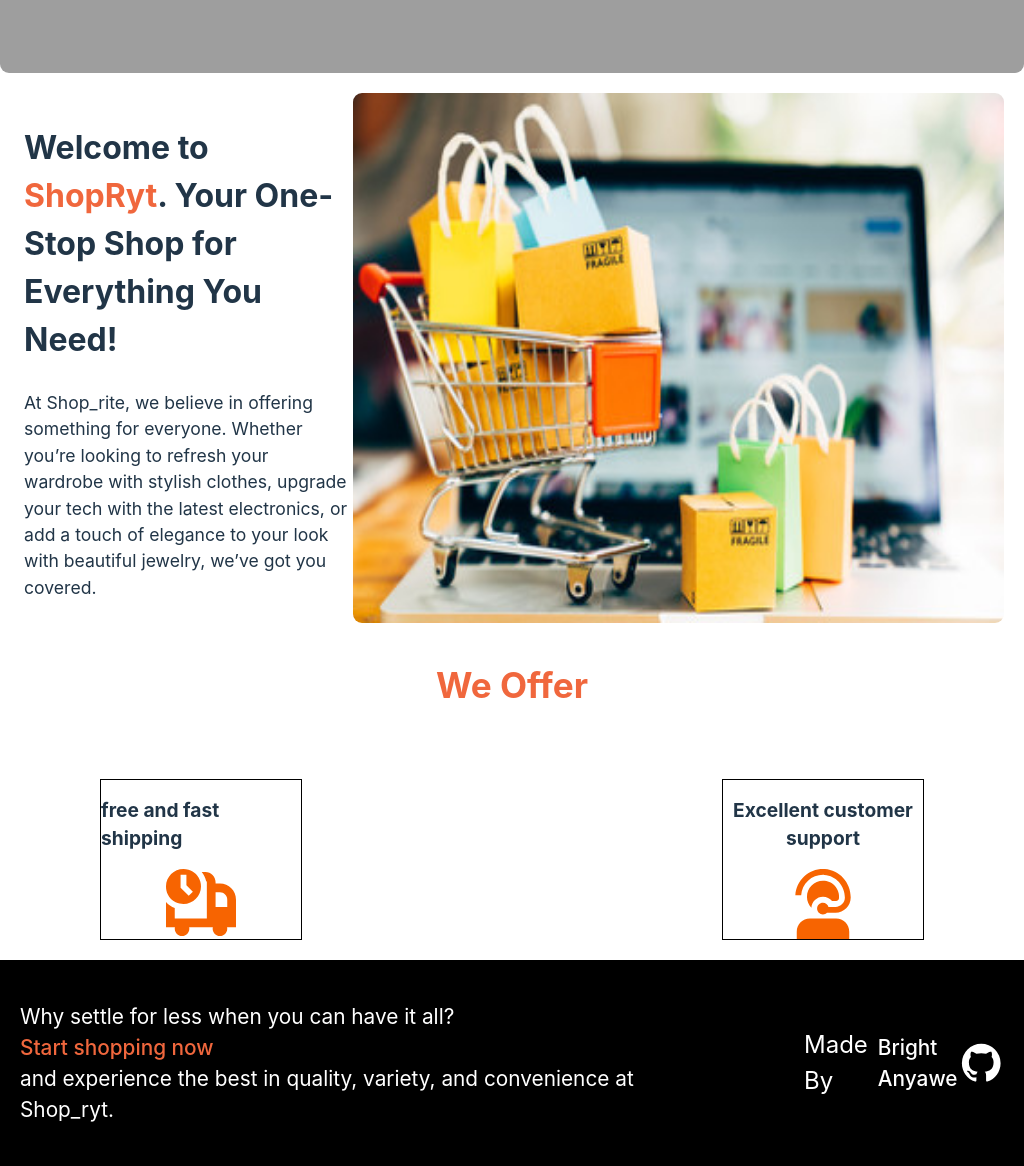
Repository: Bright-Anyawe/Shopping_cart
Page: /
An editor plug-in stored every save of this project. The page is shown before and after the next save, followed by the edit.
The browser window is 1024 px wide. The pictures show the part of the page from y = 607 to 1783 px (the page is 1773 px tall before and 1783 px after).
Pictures or frames that could not be fetched are drawn as grey boxes. The page's requests for data from a server got no answer. The project was rebuilt for these pictures with package versions that can differ from the ones it lists, and the page was loaded fresh each time. No one was signed in, and anything a server would have sent is missing. Also part of the build but not shown: vite.config.js, src/Components/Layout/Shop.jsx, src/Components/Categories/MenClothing.jsx, src/Components/Categories/WomenClothing.jsx, src/Components/Categories/Electronics.jsx, src/Components/Categories/Jewelry.jsx, src/Components/Features/Delete.jsx, src/Components/Layout/Quantity Summery.jsx.

Above is the page before, as saved 2024-10-28 13:12:51.

### index.html
<!doctype html>
<html lang="en">
    <head>
        <meta charset="UTF-8">
        <link rel="icon" type="image/svg+xml" href="/vite.svg">
        <link rel="preconnect" href="https://fonts.googleapis.com">
        <link rel="preconnect" href="https://fonts.gstatic.com" crossorigin>
        <link href="https://fonts.googleapis.com/css2?family=Roboto:ital,wght@0,100;0,300;0,400;0,500;0,700;0,900;1,100;1,300;1,400;1,500;1,700;1,900&display=swap" rel="stylesheet">
        <meta name="viewport" content="width=device-width, initial-scale=1.0">
        <title>Vite + React</title>
    </head>
    <body>
        <div id="root"></div>
        <script type="module" src="/src/main.jsx"></script>
    </body>
</html>

### src/main.jsx
import { StrictMode } from "react";
import { createRoot } from "react-dom/client";
import { createBrowserRouter, RouterProvider } from "react-router-dom";
import routes from "./Components/Layout/Routes";
const router = createBrowserRouter(routes);
import "./Components/Styles/index.css"
import "./Components/Styles/App.css"
import './Components/Styles/layout.css'



createRoot(document.getElementById("root")).render(
  <StrictMode>
    <RouterProvider router={router} />
  </StrictMode>
);

### src/Components/Layout/Routes.jsx
import App from "./App";
import HomePage from "./Homepage.jsx";
import Shop from "./Shop.jsx";
// import About from "../Pages/About";
// import Help from "../Pages/Help";
// import Contact from "../Pages/Contact";
// import Faq from "../Pages/Faq";

import MenClothing from "../Categories/MenClothing"; // import { element } from "prop-types";
import WomenClothing from "../Categories/WomenClothing";
import Electronics from "../Categories/Electronics";
import Jewelry from "../Categories/Jewelry";
import QuantitySummery from "./Quantity Summery.jsx";

const routes = [
  {
    path: "/",
    element: <App />,
    // ErrorElement: <ErrorPage />,
    children: [
      { element: <HomePage />, index: true },
      { path: "shop", element: <Shop /> },
      { path: "menClothing", element: <MenClothing /> },
      { path: "womenClothing", element: <WomenClothing /> },
      { path: "electronics", element: <Electronics /> },
      { path: "jewelry", element: <Jewelry /> },
      { path: "quantitySummery", element: <QuantitySummery /> },
    ],
  },
];

export default routes;

### src/Components/Styles/App.css
.shopProductContainer {
  display: flex;
  flex-wrap: wrap;
  align-items: center;
  justify-content: start;
  gap: 20px;
}

.shoppingMallPicture {
  background-image: url("src/assets/Person_running_with_products.jpg");
  height: 500px;
  background-size: 100% 100%;
  /* background-position: ; */
  background-position: center;

  object-fit: contain;
  object-position: 50% 50%;
  border-radius: 9px;
}

.container {
  display: flex;
  justify-content: center;
  align-items: center;
  box-shadow: 0px 0px 2px 2px black;
  width: 370px;
  padding: 20px;
  gap: 20px;
  height: 250px;
}

.container h4 {
  /* display: flex; */
  max-width: 200px;
  align-items: center;
  justify-content: center;
  font-size: 1rem;
}

.additionalInfoContainer {
  display: flex;
  flex-direction: column;
  gap: 7px;
}

.cartNumber {
  display: flex;
  align-items: center;
  justify-content: center;
  background-color: red;
  color: white;
  border-radius: 50%;
  border: 1px solid black;
  width: 20px;
  text-overflow: ellipsis;
  height: 25px;
  text-overflow: clip;
  white-space: nowrap;
  overflow: hidden;
}

.itemsTitle {
  overflow: hidden;
  text-overflow: ellipsis;
  white-space: nowrap;
  /* width: 250px; */
}

.checkout {
  background: yellow;
  border-radius: 9px;
  padding: 7px;
}

.checkout:hover {
  color: red;
}

img {
  max-width: 120px;
  max-height: 200px;
  object-fit: cover;

  object-fit: contain;
  object-position: 50% 50%;
  border-radius: 9px;
}

.container li:hover {
  transform: scale(1.1);
  transition: 0.3s ease-in-out;
}

.welcomePageContainer {
  display: flex;
  padding: 20px;
  /* background-image: url("src/assets/person_holding_red_shirt.jpg"); */
  /* height: 500px;
  background-size: contain;
  background-position: center;
  /* background-repeat: no-repeat; */
}

.homeHeadText {
  padding: 50px;
}

.welcomePageContainer h2 {
  font-size: 3rem;
}

.welcomePageContainer p {
  font-size: 1.2rem;
}

.welcomePageContainer img {
  min-width: 500px;
  min-height: 500px;
  object-fit: cover;
}

.ourOfferContainer {
  display: flex;
  flex-direction: column;
  gap: 50px;
  /* align-items: center; */
  /* justify-content: center; */
}

.ourOfferSubContainer {
  display: flex;
  justify-content: space-between;
  padding-inline: 100px;
}

.offerEl {
  display: flex;
  align-items: center;
  justify-content: center;
  color: rgb(240, 103, 61);
}

.free-fastContainer {
  display: flex;
  flex-direction: column;
  justify-content: center;
  align-items: center;
  border: 1px solid black;
  width: 300px;
}

.customerServiceContainer {
  display: flex;
  flex-direction: column;
  justify-content: center;
  align-items: center;
  border: 1px solid black;
  width: 300px;
}

.ourOfferContainer img {
  width: 150px;
  height: 150px;
}

li {
  display: flex;
  flex-direction: column;
  align-items: center;
  list-style-type: none;
}

.quantityContainer {
  display: flex;
  align-items: center;
  gap: 20px;
  justify-content: start;
}

.quantityContainer button {
  display: flex;
  align-items: center;
  justify-content: center;
  border-radius: 0;
  width: 30px;
  height: 30px;
}

.quantityContainer input {
  height: 20px;
  width: 35px;
  color: white;
}

.priceOrderEl {
  /* display: flex; */
  align-items: center;
  justify-content: center;
  gap: 30px;
}

.orderBtn {
  width: 200px;
  border-radius: 0;
}

input[type="number"]:hover::-webkit-inner-spin-button {
  width: 19px;
  height: 30px;
}

.loading {
  text-align: center;
  font-size: 1.5rem;
  font-weight: 600;
}

button {
  transition: 0.2s ease;
  padding: 5px;
}

button:hover {
  transform: scale(1.05);
}

svg {
  width: 30px;
}

.titleContainer {
  display: flex;
  gap: 15px;
  align-items: center;
  justify-content: start;
}

.rateEl {
  display: flex;
}

.rateEl svg {
  width: 20px;
}

.shopCartContainer {
  display: flex;
  gap: 20px;
  justify-content: center;
  align-items: center;
}

input::-webkit-outer-spin-button,
input::-webkit-inner-spin-button {
  -webkit-appearance: none;
  margin: 0;
}

input[type="number"] {
  -moz-appearance: textfield;
}

.summerList {
  display: flex;
  flex-direction: row;
  gap: 10px;
}

.summeryListContainer {
  margin: 0 0 20px 50px;
  display: flex;
  justify-content: space-evenly;
}

.totalSummery {
  display: flex;
  flex-direction: column;
  gap: 20px;
}

.totalSummery div {
  font-size: 1.2rem;
}

.subTotal,
.shippingFee,
.total {
  display: flex;
  justify-content: space-between;
}

.summeryListSubContainer {
  display: flex;
  flex-direction: column;
  gap: 30px;
}

.summeryTextContainer {
  display: flex;
  flex-direction: column;
  gap: 20px;
}

.summeryTextContainer svg {
  width: 25px;
}

.delQtySelectedContainer {
  display: flex;
  align-items: center;
  justify-content: start;
  gap: 10px;
}

.productPrice_TitleContainer h4 {
  max-width: 250px;
}

### src/Components/Styles/layout.css
@media (max-width: 1120px) and (min-width: 800px) {
  div.root-layout {
    display: grid;
    grid-template-columns: 100%;
    grid-template-rows: 80px;
  }

  #root header {
    grid-area: 1 / 1 / 2;
    /* display: grid; */
    grid-template-columns: 300px 780px;
    /* position: fixed; */
    /* gap: 0 43rem; */
    /* gap: 36rem; */
  }

  #root header h1 {
    grid-area: 1 / 1 / 2 / 2;
  }

  #root header nav {
    grid-area: 1 / 2 / 2 / 3;
  }

  main {
    grid-area: 2 / 1/ 9 / 4;
  }

  div.homeHeadText {
    padding: 4px;
    width: 50%;
  }

  div.welcomePageContainer h2 {
    font-size: 2rem;
  }

  div.welcomePageContainer p {
    font-size: 1.1rem;
  }

  /* div.welcomePageContainer img {
    width: 100%;
    height: auto;
    min-width: 100px;
    min-height: 0;
    object-fit: cover;
  } */

  div.homePageImageContainer {
    width: 100%;
    height: auto;
    background-image: url("src/assets/Items_In_cart.jpg");

    background-size: 100% 100%;
    /* background-position: ; */
    background-position: center;

    object-fit: contain;
    object-position: 50% 50%;
    border-radius: 9px;
  }

  div.ourOfferContainer {
    display: flex;
    flex-direction: column;
    gap: 50px;
    /* align-items: center; */
    /* justify-content: center; */
  }

  .ourOfferSubContainer {
    display: flex;
    justify-content: space-between;
    padding-inline: 100px;
    margin: 0 0 20px 0;
  }

  h1.offerEl {
    display: flex;
    align-items: center;
    justify-content: center;
    font-size: 2.2rem;
    color: rgb(240, 103, 61);
  }

  .ourOfferContainer img {
    width: 70px;
    height: auto;
  }

  div.free-fastContainer {
    display: flex;
    flex-direction: column;
    justify-content: center;
    align-items: center;
    border: 1px solid black;
    width: 200px;
  }

  div.free-fastContainer h2 {
    font-size: 1.2rem;
  }

  div.customerServiceContainer {
    display: flex;
    flex-direction: column;
    justify-content: center;
    align-items: center;
    border: 1px solid black;
    width: 200px;
  }

  div.customerServiceContainer h2 {
    font-size: 1.2rem;
    text-align: center;
  }

  main footer p {
    font-size: 1.5rem;
  }

  div.container {
    display: flex;
    justify-content: center;
    align-items: center;
    box-shadow: 0px 0px 2px 2px black;
    width: 371px;
    padding: 10px;
    gap: 20px;
    height: 250px;
  }

  li img {
    max-width: 150px;
    max-height: 200px;
    object-fit: cover;

    object-fit: contain;
    object-position: 50% 50%;
    border-radius: 9px;
  }

  div.container h4 {
    /* display: flex; */
    max-width: 200px;
    align-items: center;
    justify-content: center;
    font-size: 1rem;
  }
}

.shopText {
  color: rgb(240, 103, 61);
}

.shopLink {
  color: rgb(240, 103, 61);
}

.root-layout {
  /* display: grid; */
  grid-template-columns: 100%;
  grid-template-rows: 60px;
}

header {
  grid-area: 1 / 1 / 2;
  /* display: grid; */
  display: flex;
  justify-content: space-between;
  align-items: center;
  padding: 14px 35px;

  /* gap: 0 43rem; */
  /* gap: 36rem; */
}

header h1 {
  grid-area: 1 / 1 / 2 / 2;
}

header nav {
  grid-area: 1 / 2 / 2 / 3;
}

main {
  grid-area: 2 / 1/ 9 / 4;
  display: grid;
  grid-template-columns: auto;
  grid-template-rows: 80px;
  gap: 20px;
}

.categoriesContainer {
  grid-row: 1 / 2;
  display: flex;
  flex-direction: column;
  justify-content: center;
  align-items: center;
}

.shopProductContainer {
  grid-row: 2 / 9;
}

aside {
  display: flex;
  flex-direction: column;
  justify-content: center;
  gap: 20px;
  width: 82%;
}

aside h2 {
  display: flex;
  justify-content: center;
  font-size: 1.8rem;
}

.itemsContainer {
  display: flex;
  flex-direction: row;
  justify-content: space-evenly;
  align-items: center;
  margin: 0 0 0 40px;
  font-size: 1.3rem;
  padding: 0;
  gap: 20px;
}

.itemsContainer li a {
  width: 150px;
}

.itemNotSelected {
  text-align: center;
  font-size: 1.5rem;
}

.menProductContainer,
.womenProductContainer,
.electronicsProductContainer,
.jewelryContainer {
  display: flex;
  flex-wrap: wrap;
  gap: 20px;
}

.homeHeadText {
  padding: 4px;
  width: 60%;
}

.homePageImageContainer {
  width: 100%;
  height: auto;
  background-image: url("src/assets/Items_In_cart.jpg");
  background-size: 100% 100%;
  /* background-position: ; */
  background-position: center;

  object-fit: contain;
  object-position: 50% 50%;
  border-radius: 9px;
}

.creator {
  display: flex;
  align-items: center;
  gap: 10px;
}

footer {
  background-color: black;
  display: flex;
  align-items: center;
  justify-content: space-between;
  padding: 20px;
}

footer a {
  color: white;
}

footer a:hover {
  color: white;
}

footer :first-child {
  font-size: 1.3rem;
  max-width: 70%;

}

footer :last-child {
  display: flex;
  width: 200px;
}

footer svg {
  fill: white;
}

footer p {
  color: white;
}

### src/Components/Layout/App.jsx
import { createContext } from "react";
import { Header } from "./Header";
import { useState } from "react";
import { Outlet } from "react-router-dom";
import { SideBar } from "./SideBar";

export const QuantityContext = createContext(null);
export const QtySummeryContext = createContext([]);

export default function App() {
  const [quantityCount, setQuantityCount] = useState(0);
  const [quantity, setQuantity] = useState({});
  const [qtySummery, setSummery] = useState([]);
  const [qtySummeryObject, setQuantitySummeryObject] = useState({
    productUrl: "",
    productTitle: '',
    productPrice: "",
    QtySelected: "",
    qtySubTotal: "",
  });

  return (
    <>
      <div className="root-layout">
        <QuantityContext.Provider
          value={{ quantityCount, setQuantityCount, quantity, setQuantity }}
        >
          <QtySummeryContext.Provider
            value={{
              qtySummery,
              setSummery,
              qtySummeryObject,
              setQuantitySummeryObject,
            }}
          >
            <Header />
            <main>
              <SideBar />

              <Outlet />
            </main>
          </QtySummeryContext.Provider>
        </QuantityContext.Provider>
      </div>
    </>
  );
}

### src/Components/Layout/Homepage.jsx
// import { Link, NavLink } from "react-router-dom";

import { NavLink } from "react-router-dom";

const HomePage = () => {
  return (
    <>
      <div className="homePageContainer">
        <div className="shoppingMallPicture"></div>

        <div className="welcomePageContainer">
          <div className="homeHeadText">
            <h2>
              Welcome to <span className="shopText">ShopRyt</span>. Your
              One-Stop Shop for Everything You Need!
            </h2>

            <p>
              At Shop_rite, we believe in offering something for everyone.
              Whether you’re looking to refresh your wardrobe with stylish
              clothes, upgrade your tech with the latest electronics, or add a
              touch of elegance to your look with beautiful jewelry, we’ve got
              you covered.
            </p>
          </div>

          <div className="homePageImageContainer">
            {/* <img
              src="src/assets/excited-african-woman-holding-shopping-bags-mobile-phone_.avif"
              alt=""
            /> */}
          </div>
        </div>

        <div className="ourOfferContainer">
          <h1 className="offerEl">We Offer</h1>

          <div className="ourOfferSubContainer">
            <div className="free-fastContainer">
              <h2>free and fast shipping</h2>
              <img
                src="data:[embedded picture, 928 characters]"
                alt=""
              />
            </div>

            <div className="customerServiceContainer">
              <h2>Excellent customer support</h2>
              <img
                src="data:[embedded picture, 948 characters]"
                alt=""
              />
            </div>
          </div>
        </div>

        <footer>
          <p>
            {" "}
            Why settle for less when you can have it all?{" "}
            <NavLink to="shop" className="shopLink">
              Start shopping now
            </NavLink>{" "}
            and experience the best in quality, variety, and convenience at
            Shop_ryt.
          </p>

          <p className="creator">
            Made By{" "}
            <NavLink>
              Bright Anyawe{" "}
              <svg xmlns="http://www.w3.org/2000/svg" viewBox="0 0 24 24">
                <title>github</title>
                <path d="M12,2A10,10 0 0,0 2,12C2,16.42 4.87,20.17 8.84,21.5C9.34,21.58 9.5,21.27 9.5,21C9.5,20.77 9.5,20.14 9.5,19.31C6.73,19.91 6.14,17.97 6.14,17.97C5.68,16.81 5.03,16.5 5.03,16.5C4.12,15.88 5.1,15.9 5.1,15.9C6.1,15.97 6.63,16.93 6.63,16.93C7.5,18.45 8.97,18 9.54,17.76C9.63,17.11 9.89,16.67 10.17,16.42C7.95,16.17 5.62,15.31 5.62,11.5C5.62,10.39 6,9.5 6.65,8.79C6.55,8.54 6.2,7.5 6.75,6.15C6.75,6.15 7.59,5.88 9.5,7.17C10.29,6.95 11.15,6.84 12,6.84C12.85,6.84 13.71,6.95 14.5,7.17C16.41,5.88 17.25,6.15 17.25,6.15C17.8,7.5 17.45,8.54 17.35,8.79C18,9.5 18.38,10.39 18.38,11.5C18.38,15.32 16.04,16.16 13.81,16.41C14.17,16.72 14.5,17.33 14.5,18.26C14.5,19.6 14.5,20.68 14.5,21C14.5,21.27 14.66,21.59 15.17,21.5C19.14,20.16 22,16.42 22,12A10,10 0 0,0 12,2Z" />
              </svg>
            </NavLink>
          </p>
        </footer>
      </div>
    </>
  );
};
export default HomePage;

### src/Components/Layout/Header.jsx
import { NavLink } from "react-router-dom";

import { useContext } from "react";
// import QuantityContext from "./Components/Layout/App.jsx";
import { QuantityContext } from "./App";

export function Header() {

  const { quantityCount } = useContext(QuantityContext);

  let prevScrollPos = window.scrollY;
  window.onscroll = function () {
    let currentScrollPos = window.scrollY;


    if (prevScrollPos > currentScrollPos) {
      document.querySelector(".headerContainer").style.top = "25px";
    } else {
      document.querySelector(".headerContainer").style.top = "-80px";
    }
    prevScrollPos = currentScrollPos;
  };

  return (
    <>
      <header className="headerContainer">
        <h1 className="headText">
          <span className="shopText">ShopRyt</span>
          <svg xmlns="http://www.w3.org/2000/svg" viewBox="0 0 24 24">
            <title>cart-outline</title>
            <path d="M17,18A2,2 0 0,1 19,20A2,2 0 0,1 17,22C15.89,22 15,21.1 15,20C15,18.89 15.89,18 17,18M1,2H4.27L5.21,4H20A1,1 0 0,1 21,5C21,5.17 20.95,5.34 20.88,5.5L17.3,11.97C16.96,12.58 16.3,13 15.55,13H8.1L7.2,14.63L7.17,14.75A0.25,0.25 0 0,0 7.42,15H19V17H7C5.89,17 5,16.1 5,15C5,14.65 5.09,14.32 5.24,14.04L6.6,11.59L3,4H1V2M7,18A2,2 0 0,1 9,20A2,2 0 0,1 7,22C5.89,22 5,21.1 5,20C5,18.89 5.89,18 7,18M16,11L18.78,6H6.14L8.5,11H16Z" />
          </svg>
        </h1>
        <nav className="navLinks">
          <NavLink to="/">Home</NavLink>
          <div className="shopCartContainer">
            <NavLink to="shop">Shop</NavLink>
            <NavLink to="quantitySummery">
              <svg xmlns="http://www.w3.org/2000/svg" viewBox="0 0 24 24">
                <title>cart-outline</title>
                <path d="M17,18A2,2 0 0,1 19,20A2,2 0 0,1 17,22C15.89,22 15,21.1 15,20C15,18.89 15.89,18 17,18M1,2H4.27L5.21,4H20A1,1 0 0,1 21,5C21,5.17 20.95,5.34 20.88,5.5L17.3,11.97C16.96,12.58 16.3,13 15.55,13H8.1L7.2,14.63L7.17,14.75A0.25,0.25 0 0,0 7.42,15H19V17H7C5.89,17 5,16.1 5,15C5,14.65 5.09,14.32 5.24,14.04L6.6,11.59L3,4H1V2M7,18A2,2 0 0,1 9,20A2,2 0 0,1 7,22C5.89,22 5,21.1 5,20C5,18.89 5.89,18 7,18M16,11L18.78,6H6.14L8.5,11H16Z" />
              </svg>
            </NavLink>
            <span className="cartNumber">{quantityCount}</span>
          </div>
          {/* <NavLink to="help">
            <span className="checkout">checkout</span>
          </NavLink>
          <NavLink to="about">About</NavLink> */}
        </nav>
      </header>
    </>
  );
}

### src/Components/Layout/SideBar.jsx
import { NavLink } from "react-router-dom";
import { useShopProduct } from "./GetShopProduct";

export const SideBar = () => {
  const { loading } = useShopProduct();

  return (
    <>
      {loading ? null : (
        <section className="categoriesContainer">
          <aside>
            <h2 className="shopText">Categories</h2>

            <nav className="asideNavContainer">
              <ul className="itemsContainer">
                <li>
                  <NavLink to="shop">All</NavLink>
                </li>

                <li>
                  {" "}
                  <NavLink to="menClothing">Men Clothing</NavLink>
                </li>
                <li>
                  {" "}
                  <NavLink to="womenClothing">Women Clothing</NavLink>
                </li>
                <li>
                  {" "}
                  <NavLink to="electronics">Electronics</NavLink>
                </li>
                <li>
                  {" "}
                  <NavLink to="jewelry">Jewelry</NavLink>
                </li>
              </ul>{" "}
            </nav>
          </aside>
        </section>
      )}
    </>
  );
};

### src/Components/Layout/GetShopProduct.js
import { useState, useEffect } from "react";

export const useShopProduct = () => {
  const [items, setItems] = useState([]);

  const [error, setError] = useState(null);
  const [loading, setLoading] = useState(true);

  useEffect(() => {
    async function fetchData() {
      let response;

      try {
        response = await fetch(`https://fakestoreapi.com/products`, {
          mode: "cors",
        });

        const itemsJson = await response.json();
        console.log(itemsJson);

        setItems(itemsJson);
      } catch (error) {
        setError(error);
        console.log("Not found");
      } finally {
        setLoading(false);
      }
    }
    fetchData();
  }, []);

  return { items, error, loading };
};

Loaded but not shown: src/index.css (common file)

After the next save:
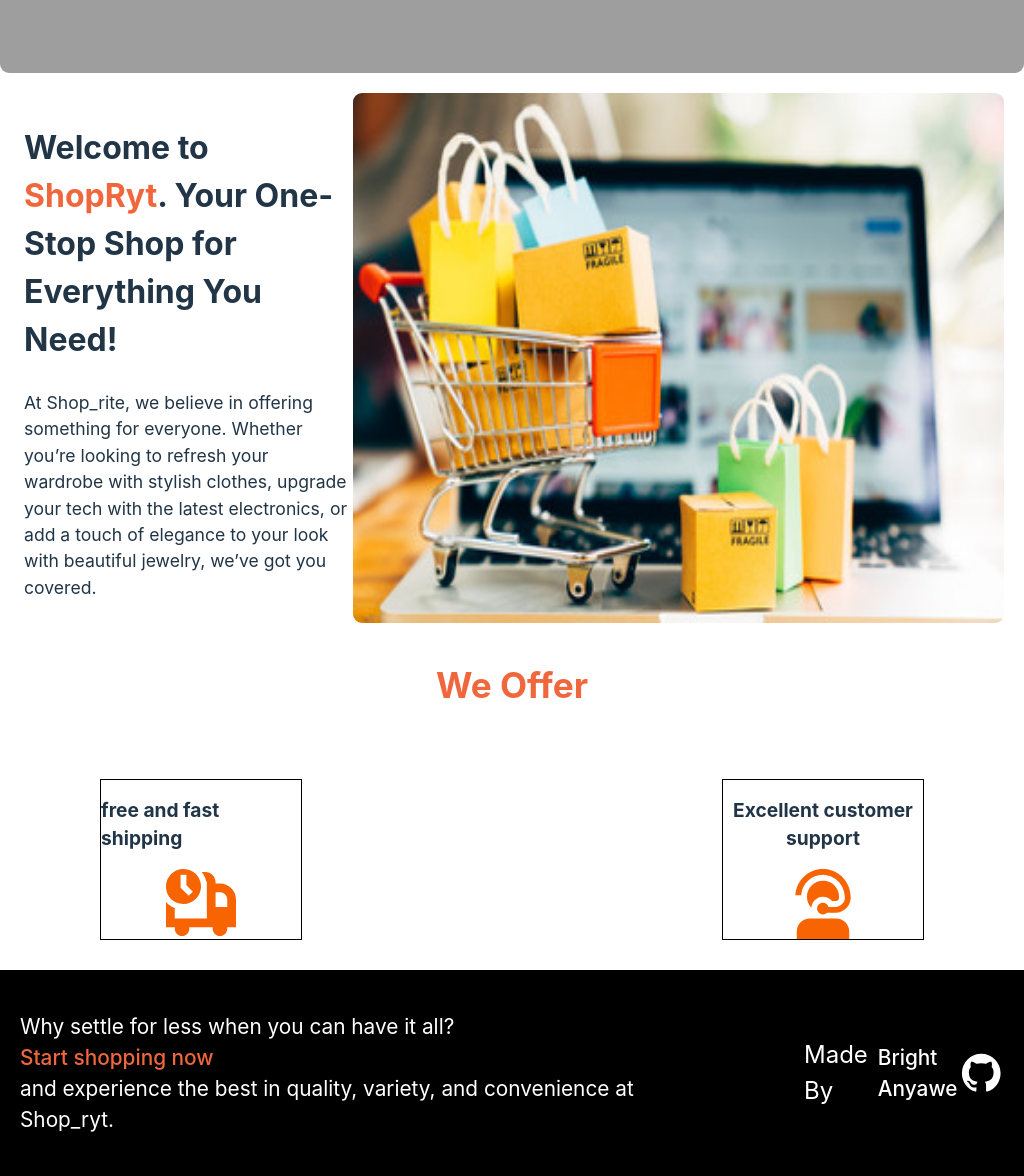
Saved 12 s later.
--- a/src/Components/Styles/layout.css
+++ b/src/Components/Styles/layout.css
@@ -73,7 +73,7 @@
     display: flex;
     justify-content: space-between;
     padding-inline: 100px;
-    margin: 0 0 20px 0;
+    margin: 0 0 30px 0;
   }
 
   h1.offerEl {
